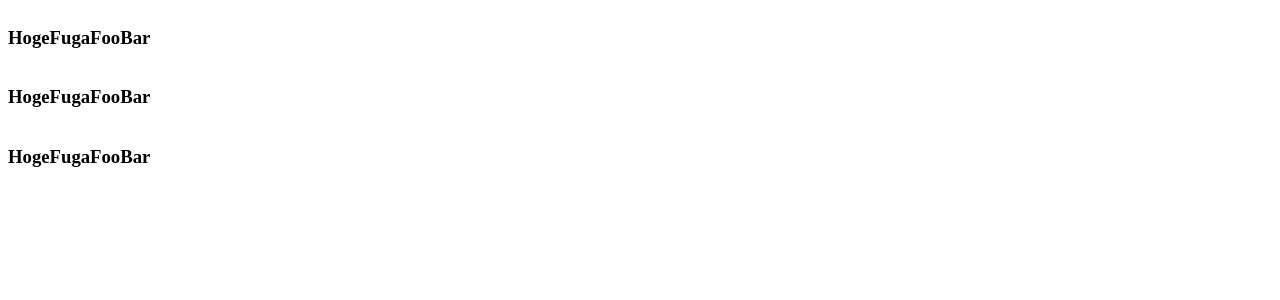
Repository: KanemotoWataru/samurai_HTML-CSS
Page: hoge.html
The author's editor kept a record of every edit. The page is drawn from the files as they stood at one moment, then again after the next edit.
The browser window is 1280 px wide. The pictures show the whole page.

Above is the page before.

### hoge.html
<html lang="ja">
    <head>
        <style>
            #no-wrap{
                display: flex;
                flex-wrap: nowrap;
            }

            #wrap{
                display: flex;
                flex-wrap: wrap;
            }

            #wrap-reverse{
                display: flex;
                flex-wrap:wrap-reverse;
            }

        </style>
    </head>
    <body>
        <div id="no-wrap">
            <h3>Hoge</h3>
            <h3>Fuga</h3>
            <h3>Foo</h3>
            <h3>Bar</h3>
        </div>

         <div id="wrap">
            <h3>Hoge</h3>
            <h3>Fuga</h3>
            <h3>Foo</h3>
            <h3>Bar</h3>
        </div>

        <div id="wrap-reverse">
            <h3>Hoge</h3>
            <h3>Fuga</h3>
            <h3>Foo</h3>
            <h3>Bar</h3>
        </div>

    </body>
</html>

After the next edit:
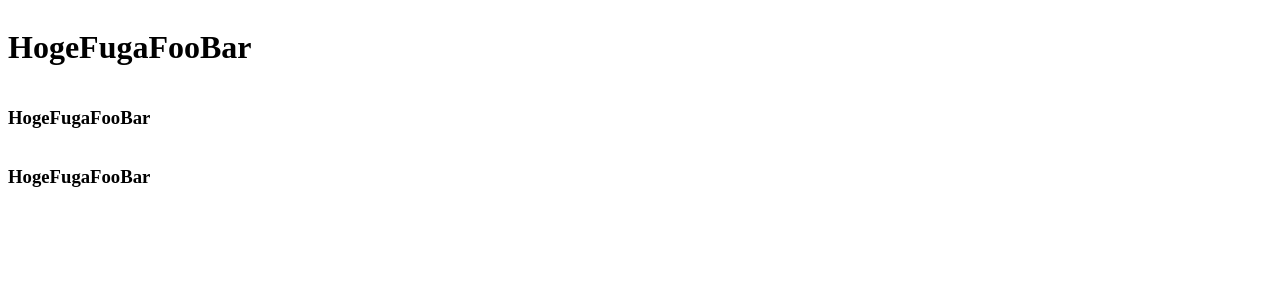
The edit:
--- a/hoge.html
+++ b/hoge.html
@@ -20,10 +20,10 @@
     </head>
     <body>
         <div id="no-wrap">
-            <h3>Hoge</h3>
-            <h3>Fuga</h3>
-            <h3>Foo</h3>
-            <h3>Bar</h3>
+            <h1>Hoge</h3>
+            <h1>Fuga</h3>
+            <h1>Foo</h3>
+            <h1>Bar</h3>
         </div>
 
          <div id="wrap">
